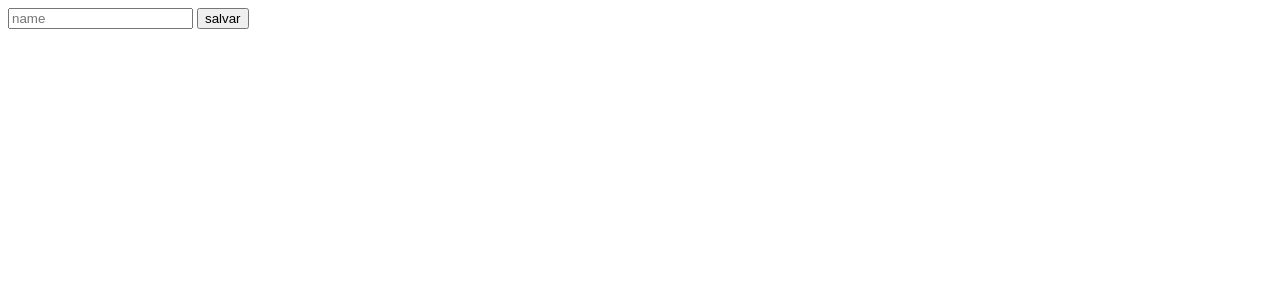
Repository: brunoFallis/projetosCastFinal
Page: http://localhost/crudWEB/add.jsp
An editor plug-in stored every save of this project. The page is shown before and after the next save, followed by the edit.
The browser window is 1280 px wide. The pictures show the whole page.
The page is served by Tomcat 9. Other server files are loaded and not shown.

Above is the page before, as saved 2018-10-03 13:07:00.

### crudWEB/WebContent/add.jsp
<form id="formCadastro">
	<input placeholder="name" type="text" name="name"/>
<!-- 	<input placeholder="email" type="email" name="email"/>
	<input placeholder="adress" type="text" name="adress"/>
	<input placeholder="date birth" type="date" name="date"/>
	<input placeholder="password" type="text" name="pass"/> -->
	<button id="btn-salvar">salvar</button>
</form>

After the next save:
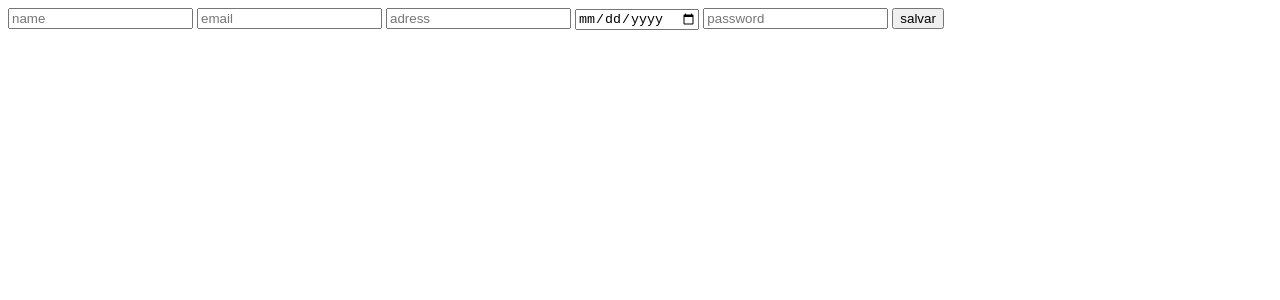
Saved 4 min 17 s later.
--- a/crudWEB/WebContent/add.jsp
+++ b/crudWEB/WebContent/add.jsp
@@ -1,8 +1,8 @@
 <form id="formCadastro">
 	<input placeholder="name" type="text" name="name"/>
-<!-- 	<input placeholder="email" type="email" name="email"/>
+	<input placeholder="email" type="email" name="email"/>
 	<input placeholder="adress" type="text" name="adress"/>
 	<input placeholder="date birth" type="date" name="date"/>
-	<input placeholder="password" type="text" name="pass"/> -->
+	<input placeholder="password" type="text" name="pass"/>
 	<button id="btn-salvar">salvar</button>
 </form>
